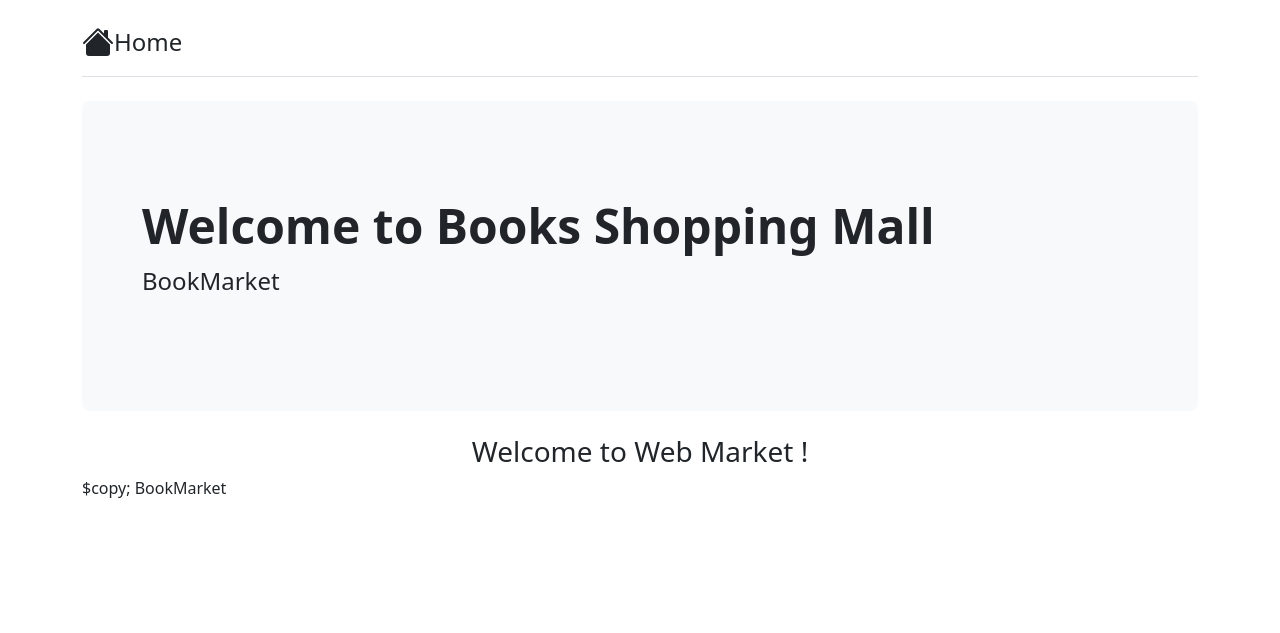
Repository: man332414/myJspStudy
Page: http://localhost/bookmarket/
An editor plug-in stored every save of this project. The page is shown before and after the next save, followed by the edit.
The browser window is 1280 px wide. The pictures show the whole page.
The page is served by Tomcat 10. Other server files are loaded and not shown.

Above is the page before, as saved 2024-10-08 02:39:28.

### bookmarket/src/main/webapp/welcome.jsp
<%@ page language="java" contentType="text/html; charset=UTF-8"
    pageEncoding="UTF-8"%>
<!DOCTYPE html>
<html>
<head>
	<link href="https://cdn.jsdelivr.net/npm/bootstrap@5.3.0-alpha1/dist/css/bootstrap.min.css" rel="stylesheet">
<meta charset="UTF-8">
<title>Welcome</title>
</head>
<body>
	<div class = "container py-4">
		<header class = "pb-3 mb-4 border-bottom">
			<a href = "./welcome.jsp" class = "d-flex align-items-center text-dark text-decoration-none">
			<svg  width="32" height="32" fill="currentColor" class="bi bi-house-fill" viewBox="0 0 16 16">
	              <path d="M8.707 1.5a1 1 0 0 0-1.414 0L.646 8.146a.5.5 0 0 0 .708.708L8 2.207l6.646 6.647a.5.5 0 0 0 .708-.708L13 5.793V2.5a.5.5 0 0 0-.5-.5h-1a.5.5 0 0 0-.5.5v1.293L8.707 1.5Z"/>
	              <path d="m8 3.293 6 6V13.5a1.5 1.5 0 0 1-1.5 1.5h-9A1.5 1.5 0 0 1 2 13.5V9.293l6-6Z"/>
	        </svg>
				<span class = "fs-4">Home</span>
			</a>
		</header>
		<%!
			String greeting = "Welcome to Books Shopping Mall";
			String tagline = "Welcome to Web Market !";
		%>
		<div class = "p-5 mb-4 bg-body-tertiary rounded-3">
			<div class = "container-fluid py-5">
				<h1 class = "display-5 fw-bold"><%=greeting %></h1>
				<p class = "col-md-8 fs-4">BookMarket</p>
			</div>
		</div>

		<div class = "row align-items-md-stretch text-center">
			<div class = "col-md-12">
				<div>
					<h3><%=tagline %></h3>
				</div>
			</div>
		</div>

		<footer>
			$copy; BookMarket
		</footer>

	</div>
</body>
</html>

After the next save:
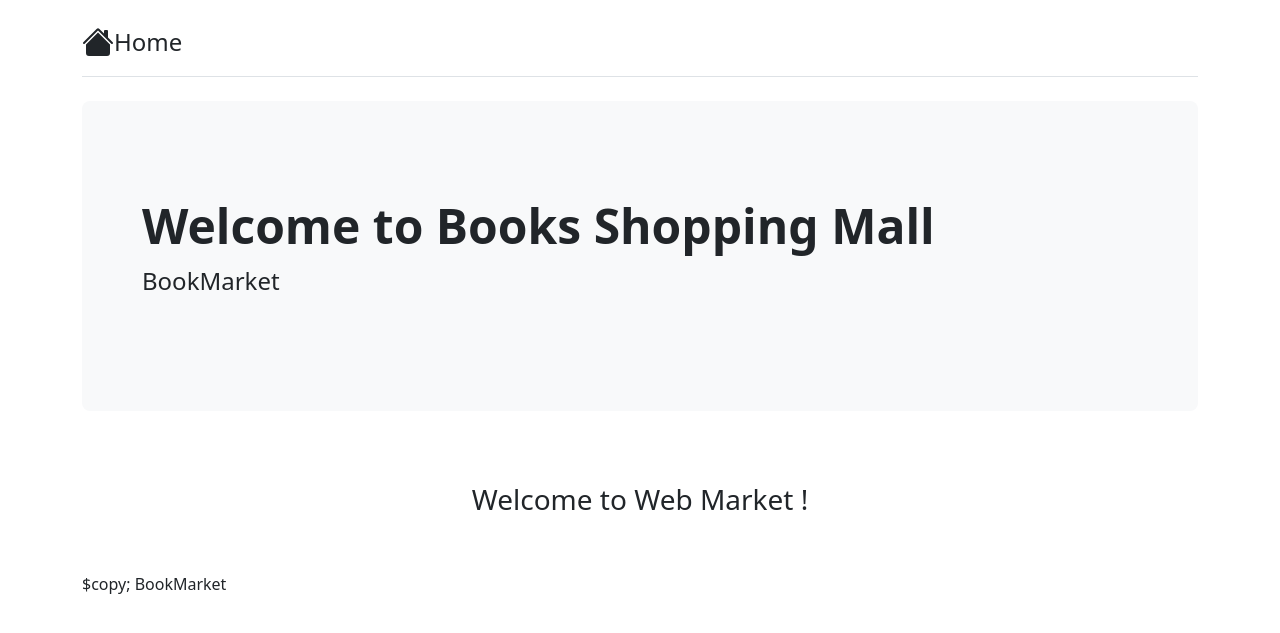
Saved 18 s later.
--- a/bookmarket/src/main/webapp/welcome.jsp
+++ b/bookmarket/src/main/webapp/welcome.jsp
@@ -31,7 +31,7 @@
 
 		<div class = "row align-items-md-stretch text-center">
 			<div class = "col-md-12">
-				<div>
+				<div class = "h-100 p-5">
 					<h3><%=tagline %></h3>
 				</div>
 			</div>
